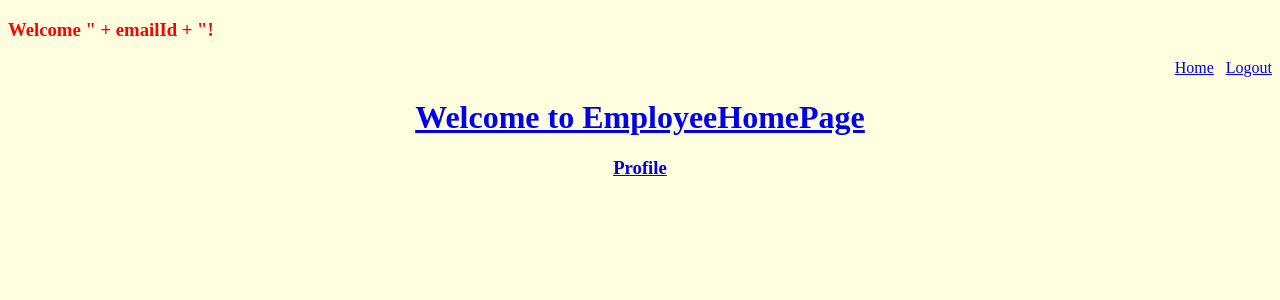
Repository: rajeshyadav3/Advjava
Page: http://localhost/EmpWebApp/EmpHomePage.jsp
The author's editor kept a copy of each file at every save. The page is drawn from the files as they stood at one save, then again after the next save.
The browser window is 1280 px wide. The pictures show the whole page.
The page is served by Tomcat 9. Other server files are loaded and not shown.

Above is the page before, as saved 2024-01-08 11:59:49.

### workspace2/EmpWebApp/WebContent/EmpHomePage.jsp
<%@ page language="java" contentType="text/html; charset=ISO-8859-1"
    pageEncoding="ISO-8859-1"%>
<!DOCTYPE html PUBLIC "-//W3C//DTD HTML 4.01 Transitional//EN" "http://www.w3.org/TR/html4/loose.dtd">
<html>
<head>
<meta http-equiv="Content-Type" content="text/html; charset=ISO-8859-1">
<title>Insert title here</title>
</head>


<body bgcolor='lightyellow' text='green'>

		<h3 style='color:red;'>Welcome " + emailId + "!</h3>

		<form align='right'>
		<a href='EmpHomePage'>Home</a> &nbsp;
		<a href='Logout'>Logout</>
		<form>

		<center>
		<h1>Welcome to EmployeeHomePage</h1>
		<h3><a href='Profile'>Profile</a></h3>
		</center>

</body>
</html>

After the next save:
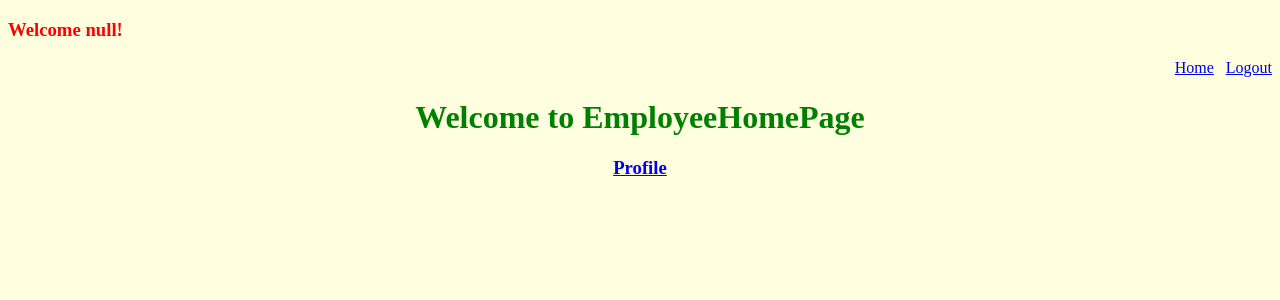
Saved 16 min 42 s later.
--- a/workspace2/EmpWebApp/WebContent/EmpHomePage.jsp
+++ b/workspace2/EmpWebApp/WebContent/EmpHomePage.jsp
@@ -10,16 +10,20 @@
 
 <body bgcolor='lightyellow' text='green'>
 
-		<h3 style='color:red;'>Welcome " + emailId + "!</h3>
+		<% String emailId = (String) session.getAttribute("emailId"); %>
+
+		<h3 style='color:red;'>Welcome <%= emailId %>!</h3>
 
 		<form align='right'>
-		<a href='EmpHomePage'>Home</a> &nbsp;
-		<a href='Logout'>Logout</>
+		<a href='EmpHomePage.jsp'>Home</a> &nbsp;
+		<a href='Logout'>Logout</a>
 		<form>
 
 		<center>
 		<h1>Welcome to EmployeeHomePage</h1>
+
 		<h3><a href='Profile'>Profile</a></h3>
+
 		</center>
 
 </body>
